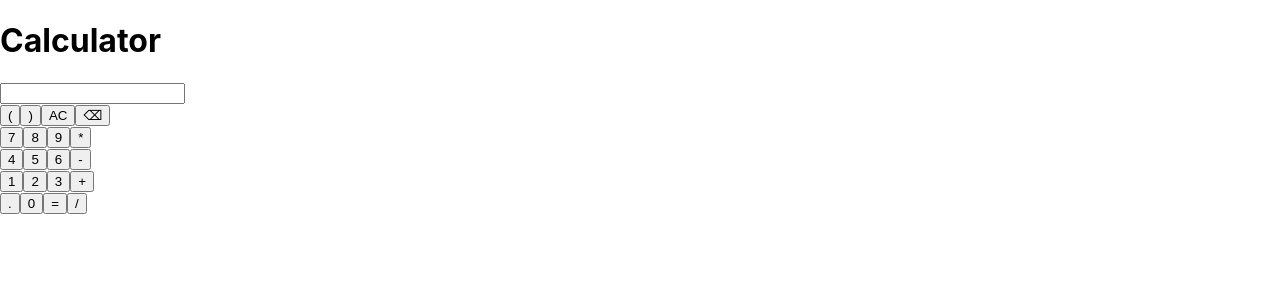
Repository: thesaherriaz/Calculator-React
Page: /
An editor plug-in stored every save of this project. The page is shown before and after the next save, followed by the edit.
The browser window is 1280 px wide. The pictures show the whole page.
The project was rebuilt for these pictures with package versions that can differ from the ones it lists, and the page was loaded fresh each time.

Above is the page before, as saved 2025-06-18 14:55:18.

After the next save:
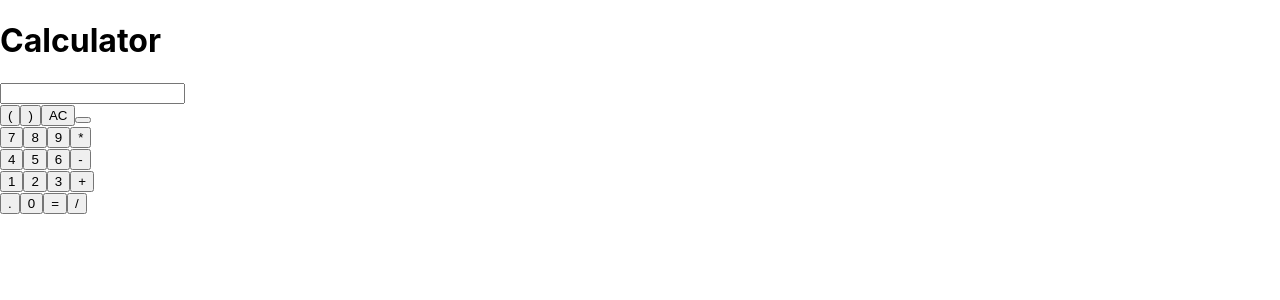
Saved 2 min 43 s later.
--- a/src/compnents/Calculator.jsx
+++ b/src/compnents/Calculator.jsx
@@ -10,7 +10,7 @@ function Calculator() {
                 <button>(</button>
                 <button>)</button>
                 <button>AC</button>
-                <button>⌫</button> <br />
+                <button><i class="fa-solid fa-delete-left"></i></button> <br />
                 <button>7</button>
                 <button>8</button>
                 <button>9</button>
